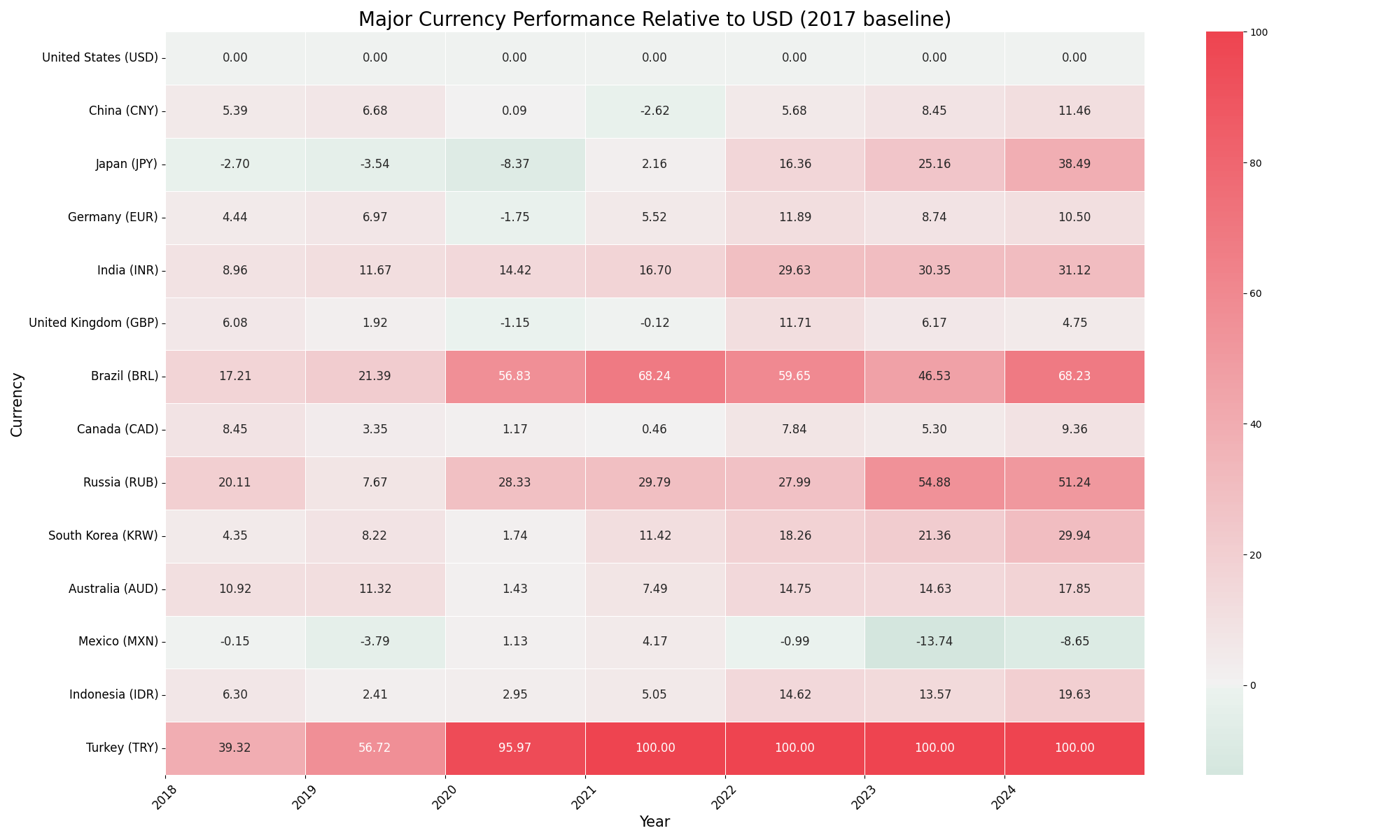
Repository: Lukeshirley/Global_Currencies_vs_USD
Script's output: python visualize_data.py
The author's editor kept a copy of each file at every save. The script's output is drawn from the files as they stood at one save, then again after the next save.
Figures wider than 1,400 px are first shrunk to that width. Random numbers start from a fixed seed.

Above is the script's output before, as saved 2024-07-23 08:39:45.

After the next save:
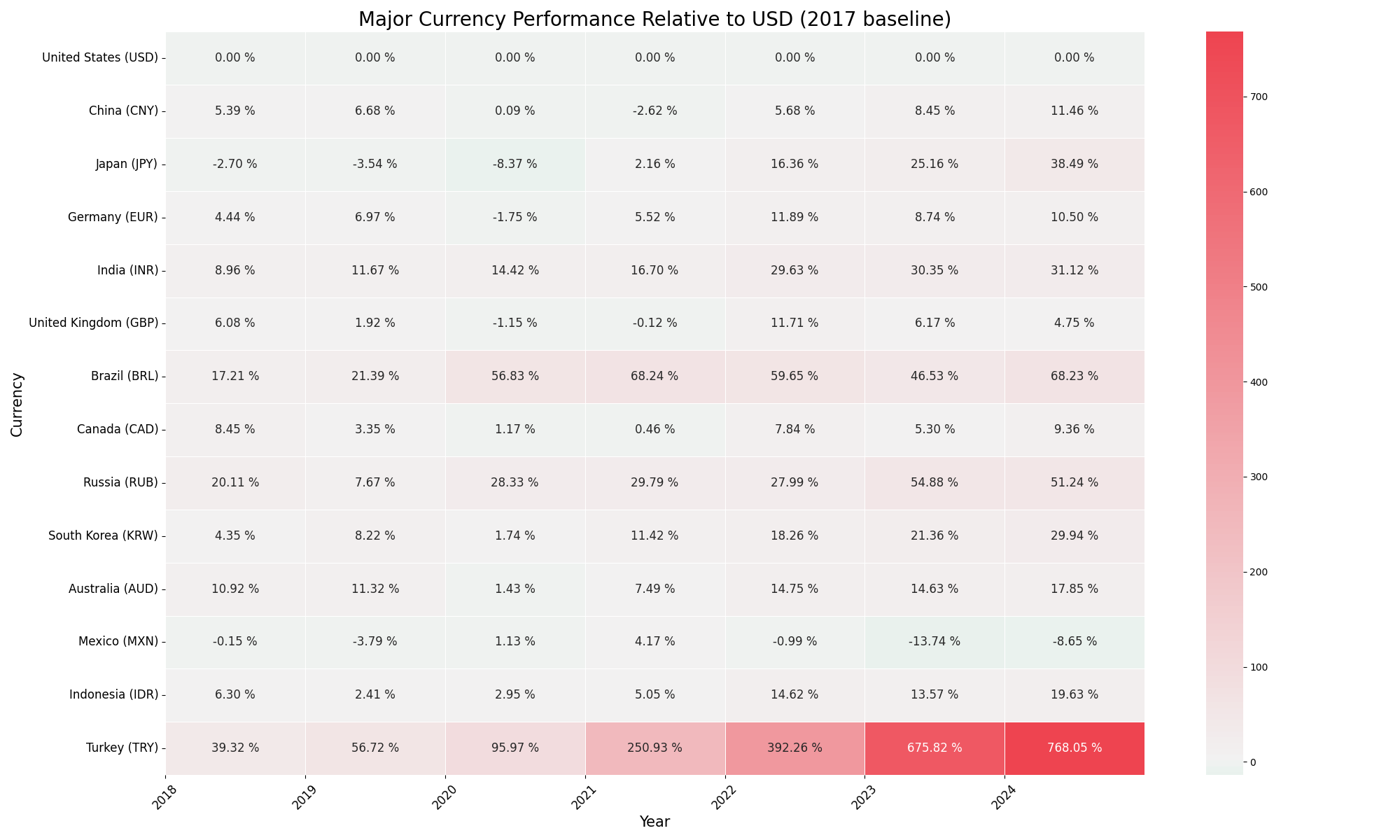
Saved 5 min 49 s later.
--- a/visualize_data.py
+++ b/visualize_data.py
@@ -45,14 +45,11 @@ def visualize_performance():
     df_filtered = df_filtered.T
 
     # Convert the percentage values for heatmap visualization
-    df_filtered = df_filtered.applymap(format_for_heatmap)
-
-    # Clip extreme values to handle outliers
-    df_filtered = df_filtered.clip(lower=-100, upper=100)
+    df_filtered_values = df_filtered.applymap(format_for_heatmap)
 
     plt.figure(figsize=(20, 12))
     cmap = sns.diverging_palette(150, 10, s=80, l=55, n=9, as_cmap=True)  # Green and Red
-    sns.heatmap(df_filtered, annot=True, cmap=cmap, fmt=".2f", linewidths=.5, cbar=True, annot_kws={"size": 12}, center=0)
+    sns.heatmap(df_filtered_values, annot=df_filtered, cmap=cmap, fmt="", linewidths=.5, cbar=True, annot_kws={"size": 12}, center=0)
     plt.title('Major Currency Performance Relative to USD (2017 baseline)', fontsize=20)
     plt.xlabel('Year', fontsize=15)
     plt.ylabel('Currency', fontsize=15)
